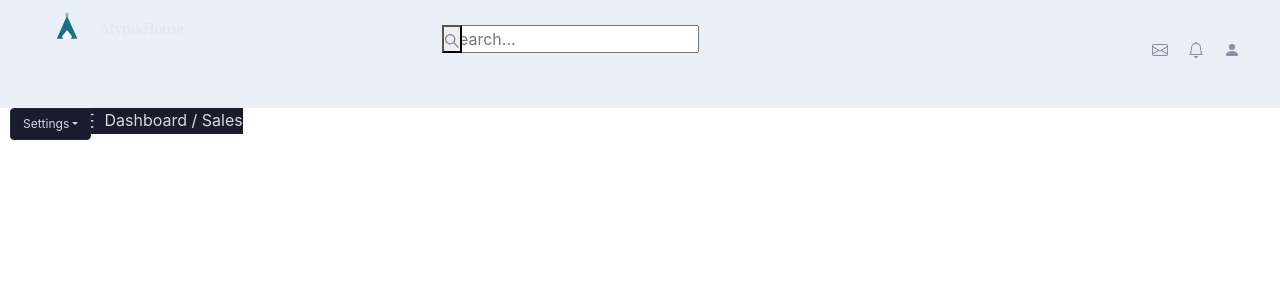
Repository: kifack/API-Symfony-AtypikHouse
Page: / (app in admin-frontend/)
These files come from the project's save history. The page is drawn as it stood at one moment and after the next save; the edit follows.
The browser window is 1280 px wide. The pictures show the whole page.
Some web libraries are served in a nearby version. The project was rebuilt for these pictures with package versions that can differ from the ones it lists, and the page was loaded fresh each time. Also part of the build but not shown: admin-frontend/src/css/Responsive.css, admin-frontend/src/css/admin/navbar.css, admin-frontend/src/components/template_parts/Header.js, admin-frontend/src/components/template_parts/Footer.js, admin-frontend/src/components/template_parts/Sidebar.js, admin-frontend/src/components/partials/LocationEntry.js, admin-frontend/src/components/template_parts/Spinner.js, admin-frontend/src/actions/location.js and 26 more.

Above is the page before, as saved 2020-10-01 17:39:46.

After the next save:
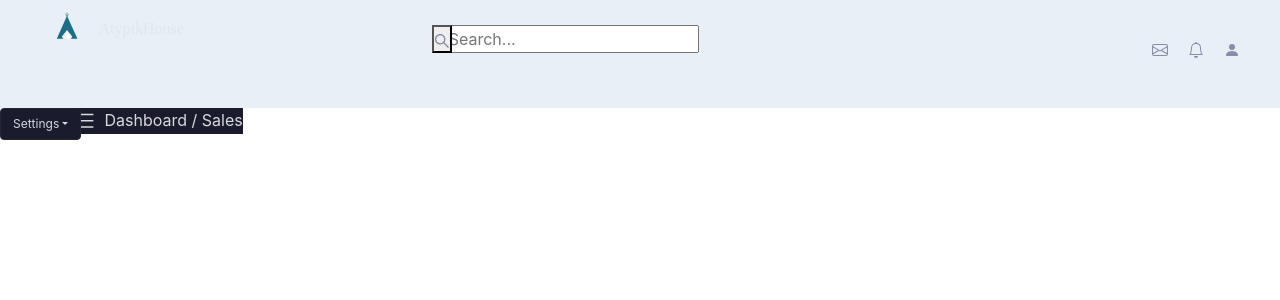
Saved 5 s later.
--- a/admin-frontend/src/css/App.css
+++ b/admin-frontend/src/css/App.css
@@ -193,5 +193,5 @@ button svg.icons{
 }
 button{
   position: absolute;
-  left: 10px;
+  left: 0px;
 }
